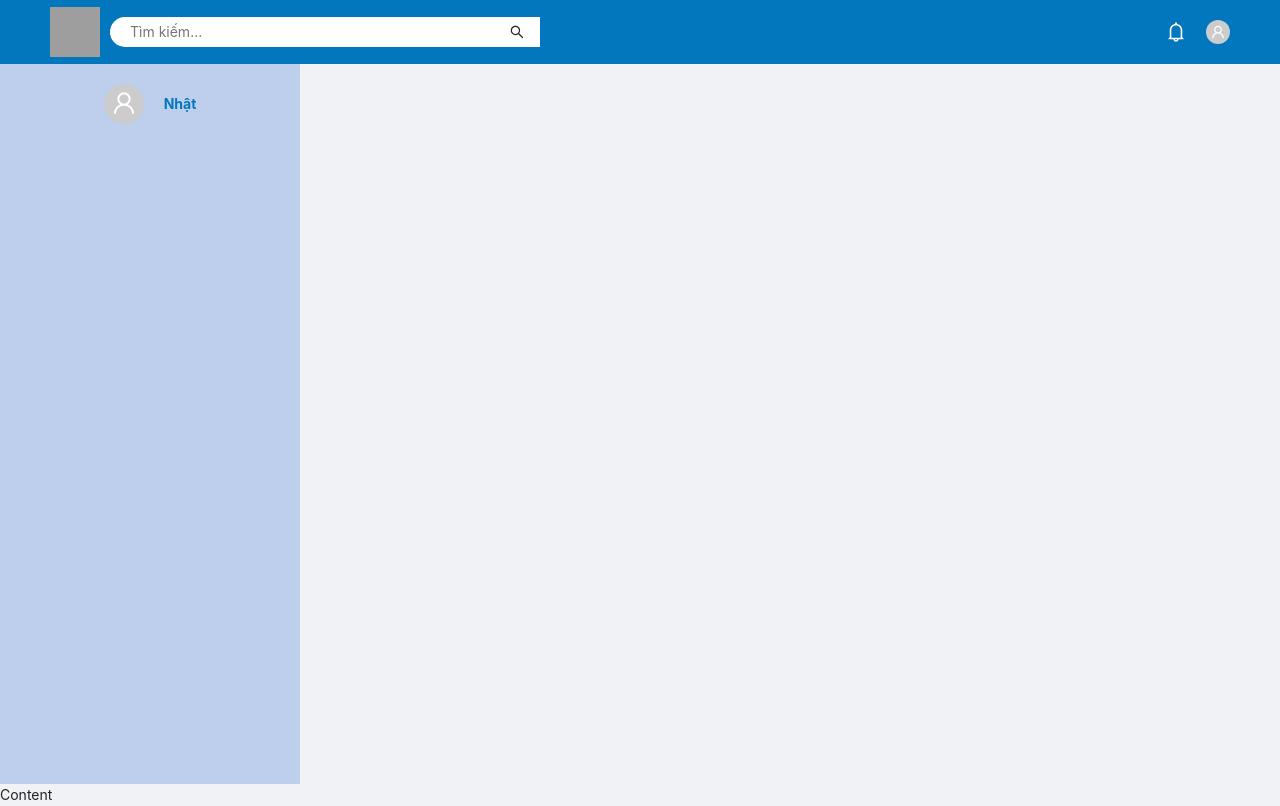
Repository: baonhat27/SocialNetwork_FE
Page: /home
These files come from the project's save history. The page is drawn as it stood at one moment and after the next save; the edit follows.
The browser window is 1280 px wide. The pictures show the whole page.
Pictures or frames that could not be fetched are drawn as grey boxes. The project was rebuilt for these pictures with package versions that can differ from the ones it lists, and the page was loaded fresh each time. Also part of the build but not shown: src/containers/home/component/HomeComponent.module.css, src/containers/loginPage/component/LoginPageComponent.module.css, src/components/Input/Input.module.css, src/components/Input/Input.js, src/components/Button/Button.module.css, src/components/Button/Button.js, src/containers/loginPage/component/LoginPageComponent.js, src/containers/loginPage/LoginPageContainer.js.

Above is the page before, as saved 2022-03-09 21:24:44.

After the next save:
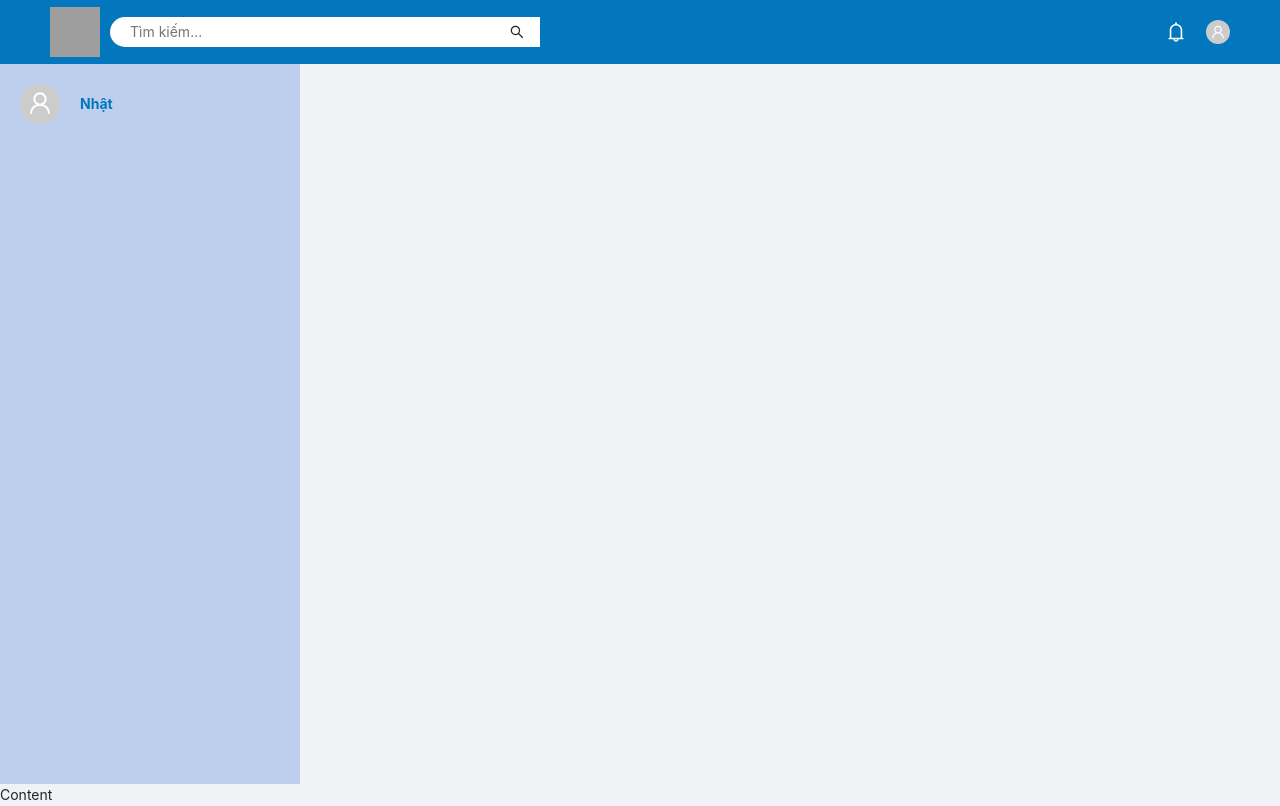
Saved 25 s later.
--- a/src/containers/sider/component/Sider.module.css
+++ b/src/containers/sider/component/Sider.module.css
@@ -9,7 +9,6 @@
 .user_info{
     margin: 20px;
     display: flex;
-    justify-content: center;
 }
 .user_name{
     margin-left: 20px;

After the save that followed:
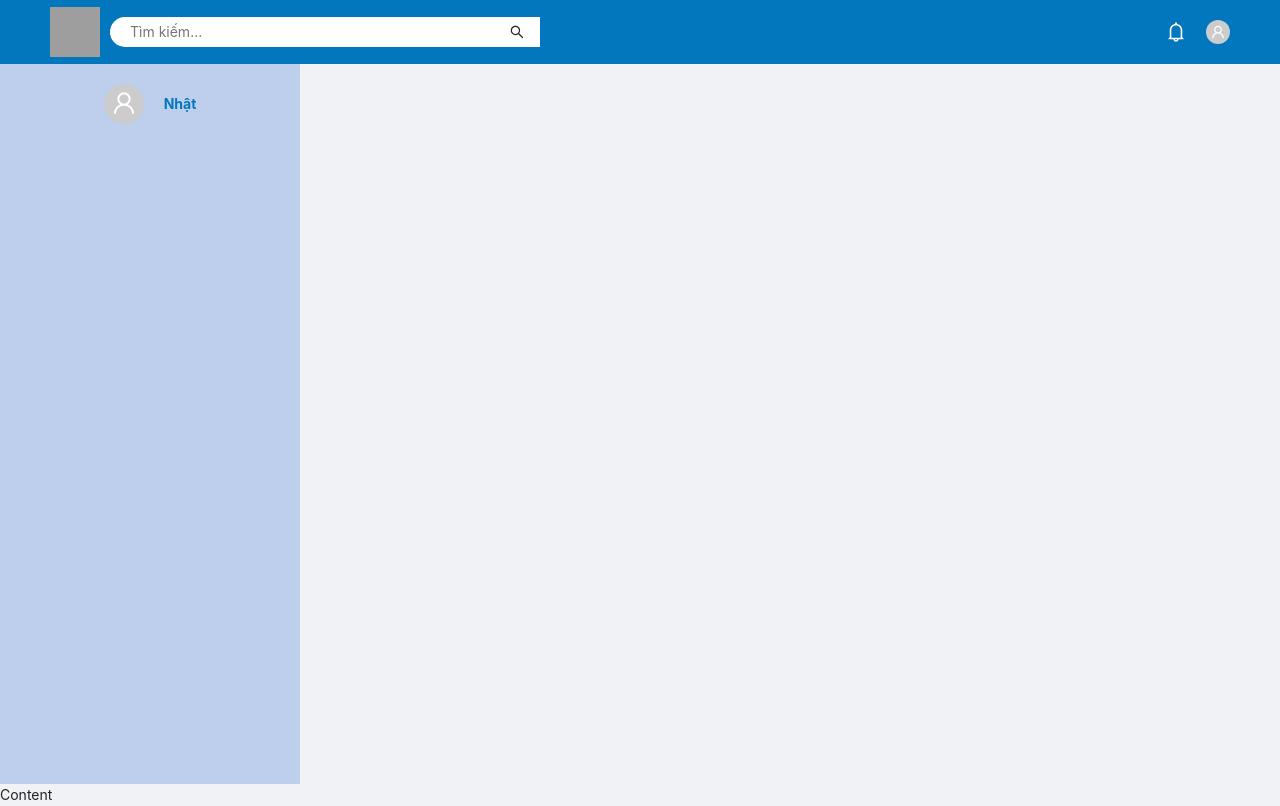
Saved 12 s later.
--- a/src/containers/sider/component/Sider.module.css
+++ b/src/containers/sider/component/Sider.module.css
@@ -9,6 +9,7 @@
 .user_info{
     margin: 20px;
     display: flex;
+    justify-content: center;
 }
 .user_name{
     margin-left: 20px;
